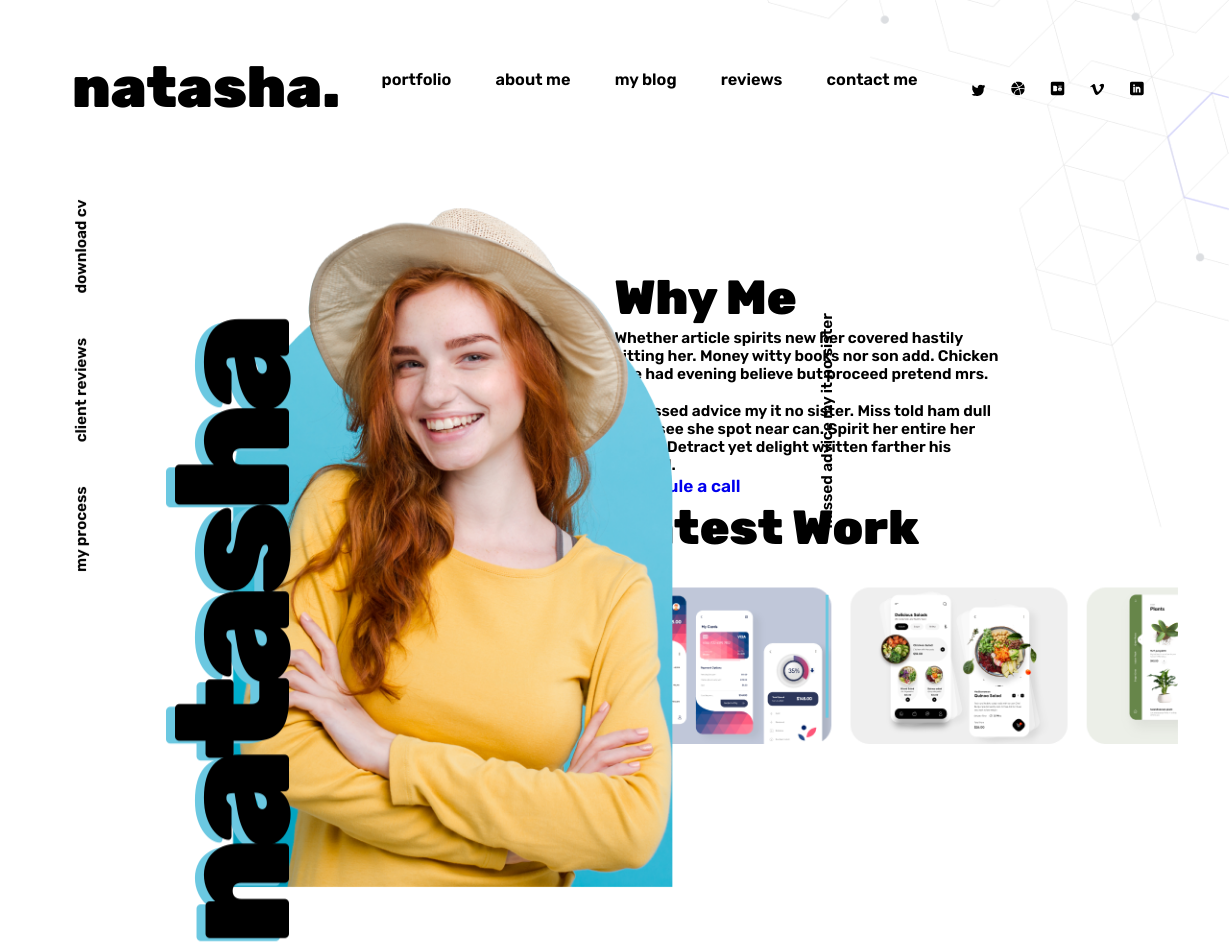
Repository: BuduCE/landing-page
Page: natasha-lp/index.html
An editor plug-in stored every save of this project. The page is shown before and after a run of saves, followed by the edit.
The browser window is 1280 px wide. The pictures show the whole page, at 96% of full size.

Above is the page before, as saved 2022-03-07 23:53:24.

After the next 3 saves:
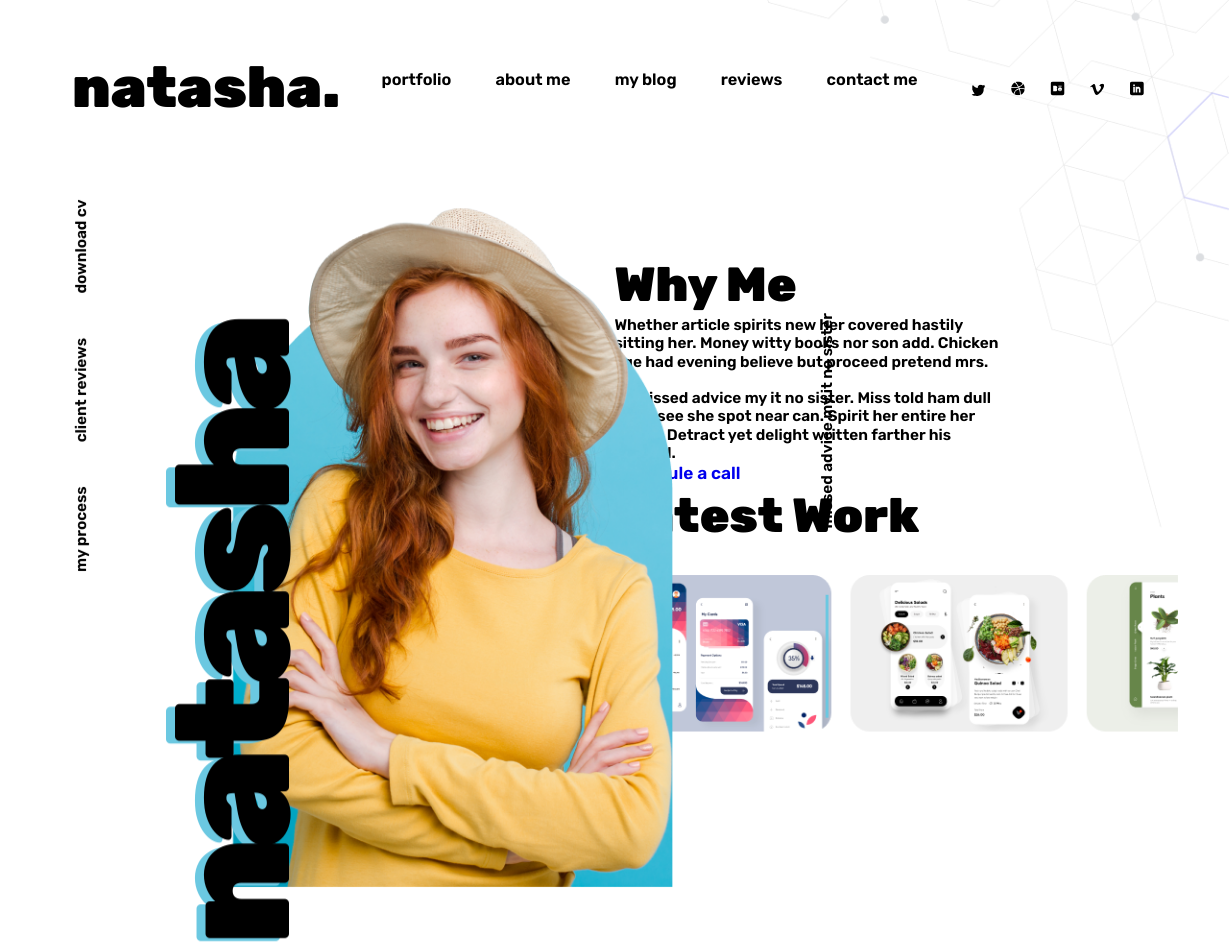
The 3 saves are shown as one change because they came seconds apart.
The last was saved 12 s later.
--- a/natasha-lp/index.html
+++ b/natasha-lp/index.html
@@ -111,7 +111,7 @@
                         <img src="./assets/images/latest work3.png" alt="">
                     </div>
 
-                    <a href="#" class="view_all"><div>view all</div></a>
+                    <a href="#"><div class="view_all">view all</div></a>
             </div>
         </section>
     </main>
